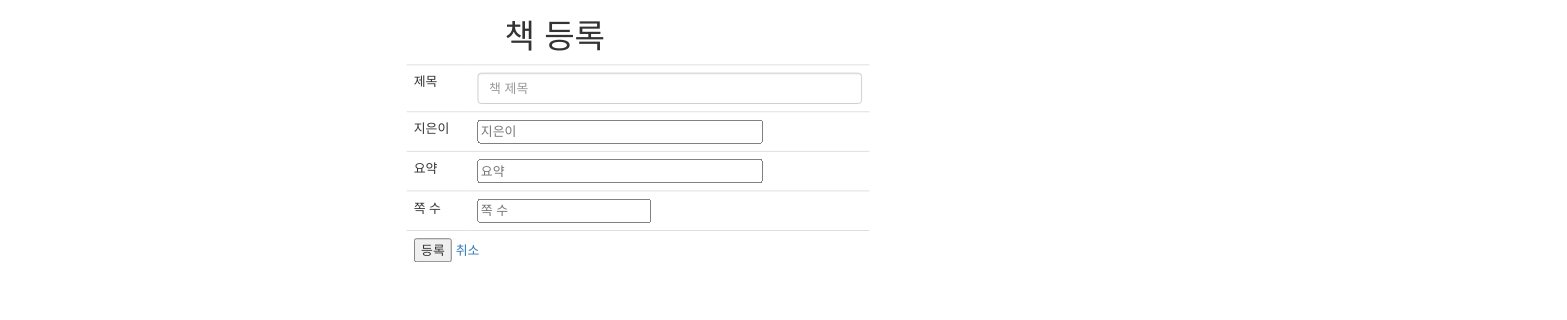
Repository: newzinee/SKDidimdolSpring
Page: http://localhost/AZBookPrj/insertBook.jsp
These files come from the project's save history. The page is drawn as it stood at one moment and after the next save; the edit follows.
The browser window is 1280 px wide. The page is 1703 px wide, so the pictures cover 1703 px, including what lies to the right of the window. The pictures show the whole page, at 92% of full size.
The page is served by Tomcat 9. Nobody is signed in. The application's start-up code is not run. Other server files are loaded and not shown.

Above is the page before, as saved 2017-02-12 14:32:37.
Console error (its wording comes from the project's code and is left out).

### AZBookPrj/WebContent/insertBook.jsp
<%@ page language="java" contentType="text/html; charset=UTF-8"
	pageEncoding="UTF-8"%>
<%@ taglib uri="http://java.sun.com/jsp/jstl/core" prefix="c"%>
<!DOCTYPE html PUBLIC "-//W3C//DTD HTML 4.01 Transitional//EN" "http://www.w3.org/TR/html4/loose.dtd">
<html>
<head>
<meta http-equiv="Content-Type" content="text/html; charset=UTF-8">
<title>책등록</title>
<!-- 합쳐지고 최소화된 최신 CSS -->
<link rel="stylesheet" href="https://maxcdn.bootstrapcdn.com/bootstrap/3.3.2/css/bootstrap.min.css">

<!-- 부가적인 테마 -->
<link rel="stylesheet" href="https://maxcdn.bootstrapcdn.com/bootstrap/3.3.2/css/bootstrap-theme.min.css">

<!-- 합쳐지고 최소화된 최신 자바스크립트 -->
<script src="https://maxcdn.bootstrapcdn.com/bootstrap/3.3.2/js/bootstrap.min.js"></script>
<style type="text/css">
/*
 	.lasttd > * {
 	text-align: center;
 		margin-left: auto;
 		margin-right: auto;
 		display: inline-block;
 		}
 */
 	td {
 		vertical-align:middle;
 	}
</style>

</head>
<body>
	<div class="container col-md-offset-5">
		<h1>책 등록</h1>
	</div>
	<div class="container col-md-offset-4 col-md-5">
		<form method="POST" action="insertBook.do">
			<table class="table table-hover">
				<tr>
					<td>제목</td>
					<td><input type="text" name="title" placeholder="책 제목"
						size="35" required class="form-control"></td>
				</tr>
				<tr>
					<td>지은이</td>
					<td><input type="text" name="author" placeholder="지은이"
						size="35" required></td>
				</tr>
				<tr>
					<td>요약</td>
					<td><input type="text" name="summary" placeholder="요약"
						size="35"></td>
				</tr>
				<tr>
					<td>쪽 수</td>
					<td><input type="number" name="page" placeholder="쪽 수" size="35"></td>
				</tr>
				<tr>
					<td colspan=2 class="lasttd">
						<input type="submit" value="등록" class="lasttd">
						<a href="getBookList.do" class="lasttd">취소</a>
					</td>
				</tr>
			</table>
		</form>
	</div>
</body>
</html>

After the next save:
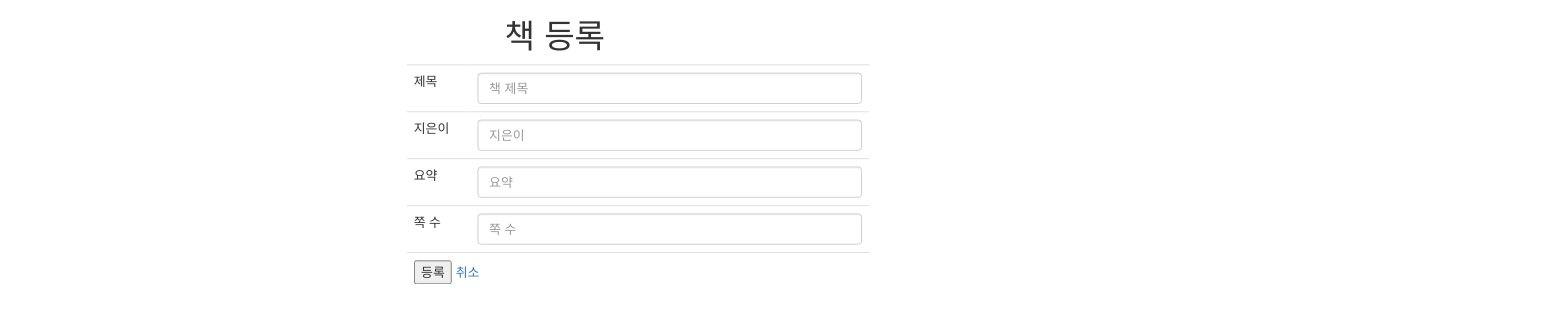
Saved 70 s later.
--- a/AZBookPrj/WebContent/insertBook.jsp
+++ b/AZBookPrj/WebContent/insertBook.jsp
@@ -44,16 +44,16 @@
 				<tr>
 					<td>지은이</td>
 					<td><input type="text" name="author" placeholder="지은이"
-						size="35" required></td>
+						size="35" required class="form-control"></td>
 				</tr>
 				<tr>
 					<td>요약</td>
 					<td><input type="text" name="summary" placeholder="요약"
-						size="35"></td>
+						size="35" class="form-control"></td>
 				</tr>
 				<tr>
 					<td>쪽 수</td>
-					<td><input type="number" name="page" placeholder="쪽 수" size="35"></td>
+					<td><input type="number" name="page" placeholder="쪽 수" size="35" class="form-control"></td>
 				</tr>
 				<tr>
 					<td colspan=2 class="lasttd">
